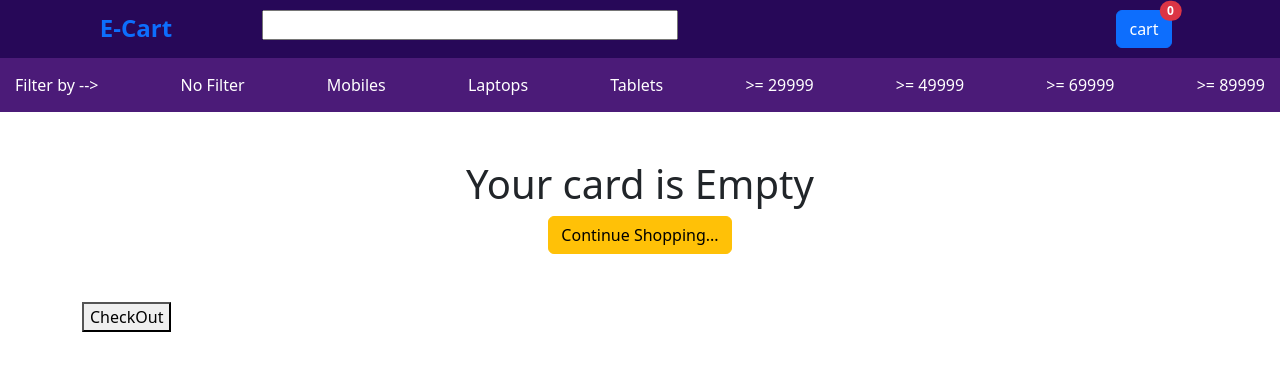
Repository: AMIT1439027/React-ECommerce-cart
Page: /cart
These files come from the project's save history. The page is drawn as it stood at one moment and after a run of saves; the edit follows.
The browser window is 1280 px wide. The pictures show the whole page.
The project was rebuilt for these pictures with package versions that can differ from the ones it lists, and the page was loaded fresh each time. Also part of the build but not shown: vite.config.js, src/components/Product.jsx, src/components/ProductDetail.jsx, src/components/Searchitem.jsx.

Above is the page before, as saved 2024-03-14 10:46:26.

After the next 3 saves:
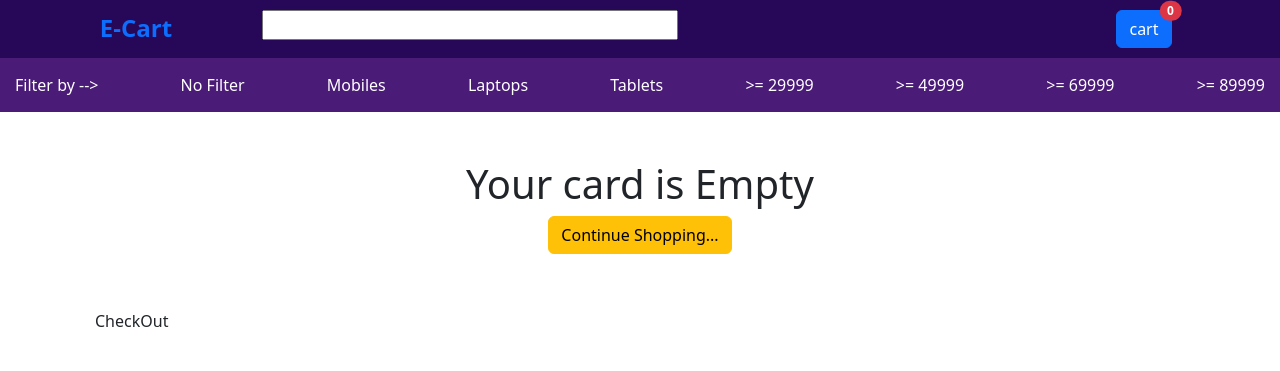
The 3 saves are shown as one change because they came seconds apart.
The last was saved 10 s later.
--- a/src/components/Cart.jsx
+++ b/src/components/Cart.jsx
@@ -44,7 +44,7 @@ const Cart = ({ cart, setCart }) => {
       </div>
 
       <div className="container">
-        <button>CheckOut</button>
+        <button className="btn ">CheckOut</button>
       </div>
     </>
   );
